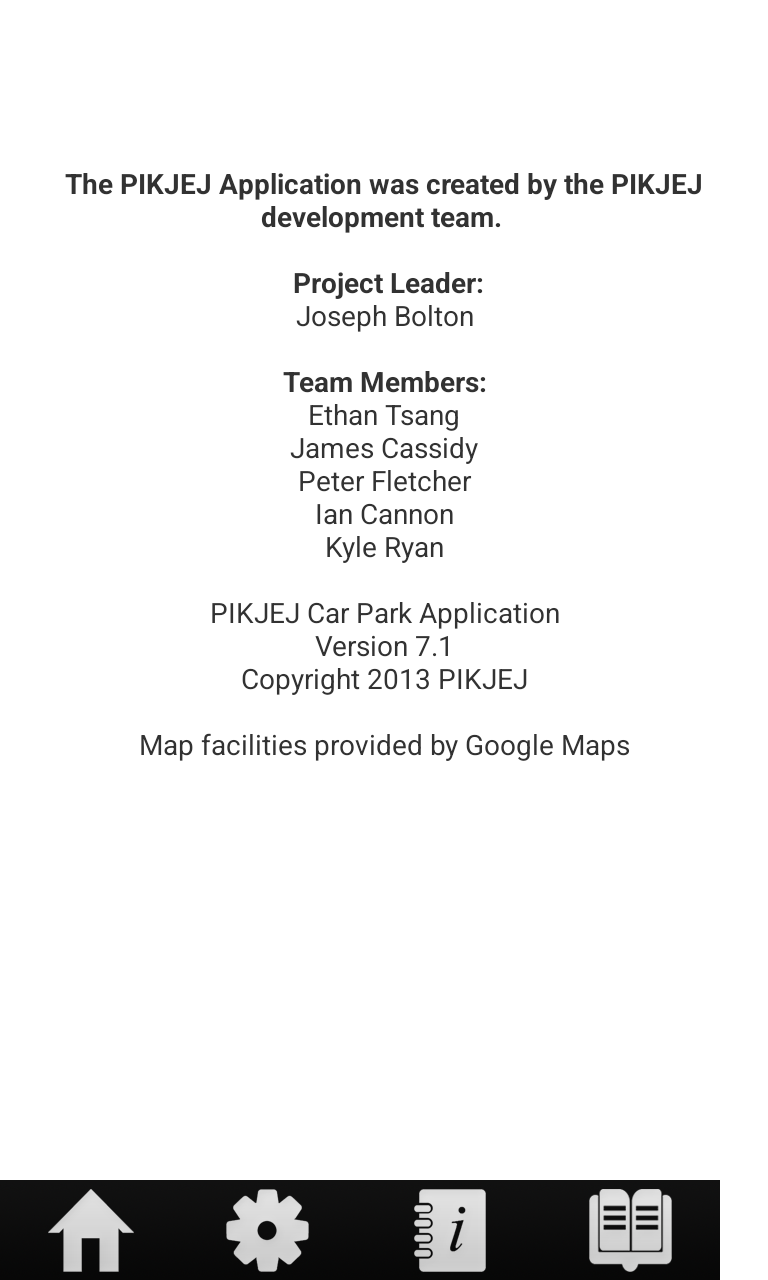
Repository: jo3bolton/PIKJEJ
Layout: PIKJEJ v7/PIKJEJ/res/layout/activity_alt_travel.xml
The author's editor kept a copy of each file at every save. The layout is drawn from the files as they stood at one save, then again after the next save.
It is drawn on a 768 x 1280 px phone screen (xhdpi) without system bars, with theme AppTheme; the app's code is not run.

Above is the layout before, as saved 2013-03-23 14:29:32.

After the next save:
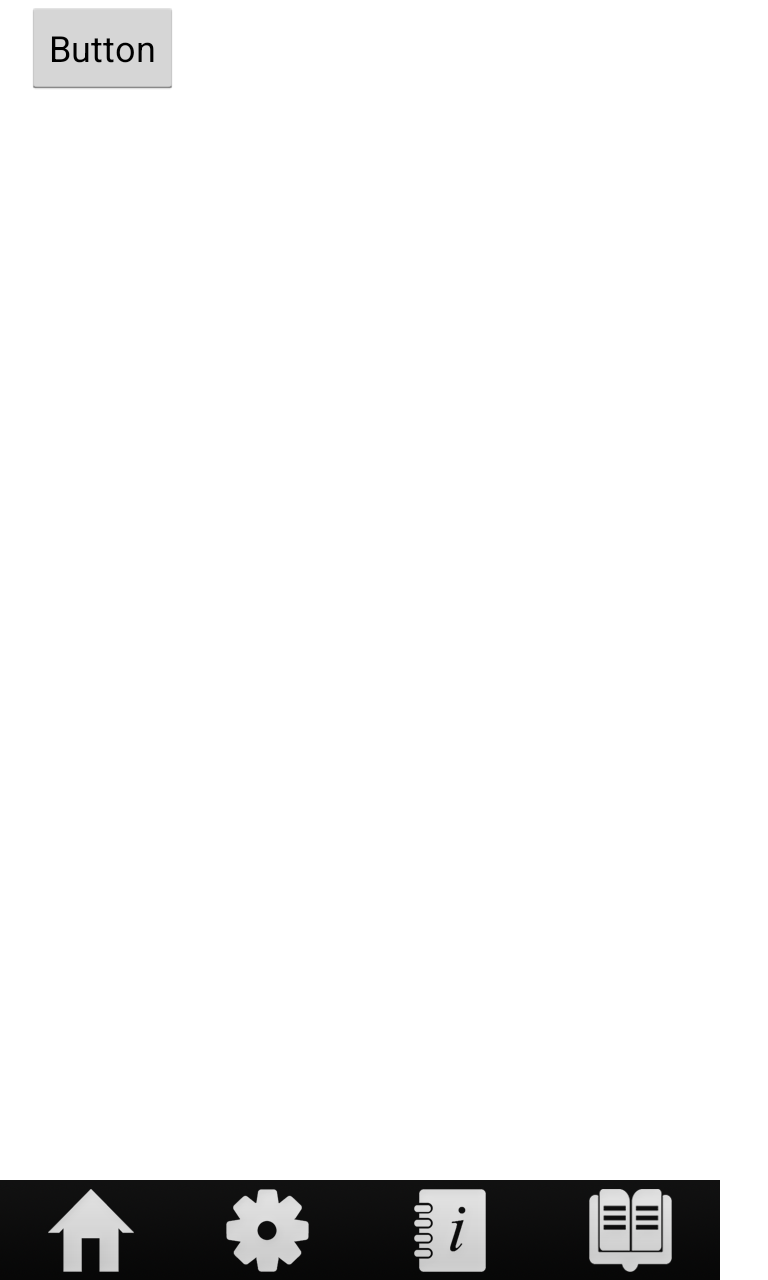
Saved 15 min 5 s later.
--- a/PIKJEJ v7/PIKJEJ/res/layout/activity_alt_travel.xml
+++ b/PIKJEJ v7/PIKJEJ/res/layout/activity_alt_travel.xml
@@ -53,14 +53,15 @@
     android:layout_alignParentLeft="true"
     android:layout_alignParentTop="true"
     android:layout_marginTop="82dp" >
-    	<TextView
-       	 android:id="@+id/textView1"
-		 android:layout_width="wrap_content"
-   		 android:layout_height="wrap_content"
-      	 android:gravity="center"
-      	 android:scrollbars="vertical"
-    	 android:text="@string/page_about" />
 
 </ScrollView>
 
+	<Button
+	    android:id="@+id/arriveButton1"
+	    android:layout_width="wrap_content"
+	    android:layout_height="wrap_content"
+	    android:layout_alignParentTop="true"
+	    android:layout_toLeftOf="@+id/settings"
+	    android:text="Button" />
+
 </RelativeLayout>
